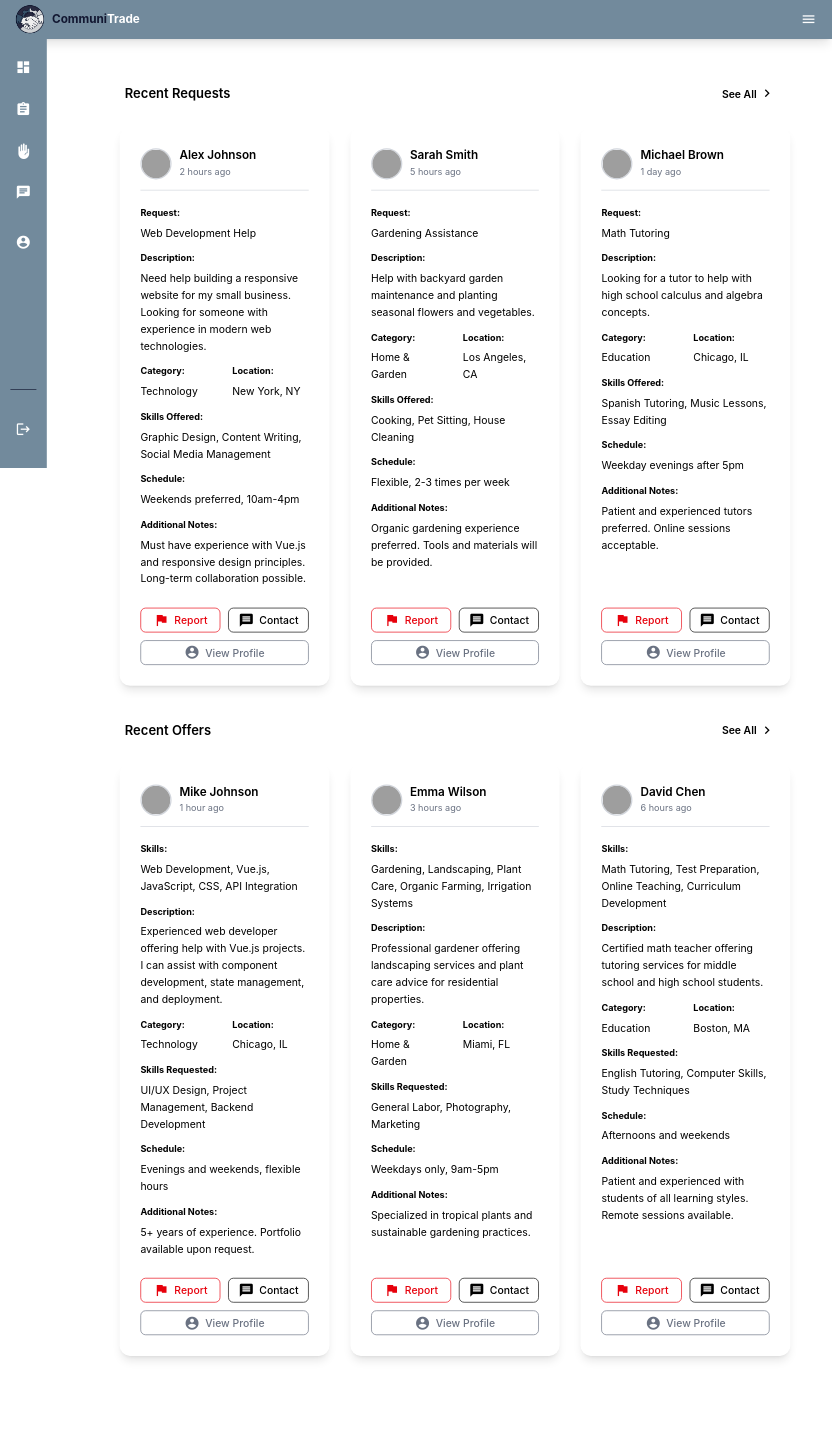
Repository: wholaanmo/communitrade_app
Page: /user/dashboard
These files come from the project's save history. The page is drawn as it stood at one moment and after the next save; the edit follows.
The browser window is 1280 px wide. The pictures show the whole page, at 65% of full size.
Pictures or frames that could not be fetched are drawn as grey boxes. The project was rebuilt for these pictures with package versions that can differ from the ones it lists, and the page was loaded fresh each time. Some packages were replaced by stand-ins written for this rebuild. The framework's server and built-in components were replaced by stand-ins that run in the browser. Also part of the build but not shown: next.config.mjs.

Above is the page before, as saved 2025-10-29 18:57:21.

### app/layout.js
import './globals.css';

export const metadata = {
  title: 'CommuniTrade - Community-Based Trading',
  description: 'Your platform for community-based trading and sharing of skills and services without using money.',
}

export default function RootLayout({ children }) {
  return (
    <html lang="en">
      <head>
        <link href="https://fonts.googleapis.com/css2?family=Poppins:wght@300;400;500;600;700&display=swap" rel="stylesheet" />
        <link href="https://cdnjs.cloudflare.com/ajax/libs/font-awesome/6.0.0/css/all.min.css" rel="stylesheet" />
        <link href="https://fonts.googleapis.com/icon?family=Material+Icons" rel="stylesheet" />

      </head>
      <body>{children}</body>
    </html>
  )
}

### app/user/layout.js
'use client'

import { useState } from 'react'
import UserNavbar from '@/components/user/UserNavbar'
import UserSidebar from '@/components/user/UserSidebar'

export default function UserLayout({ children }) {
  const [sidebarOpen, setSidebarOpen] = useState(false)

  const toggleSidebar = () => {
    setSidebarOpen(!sidebarOpen)
  }

  return (
    <div className="user-layout min-h-screen">
      <UserNavbar toggleSidebar={toggleSidebar} />
      <div className="layout-body flex min-h-[calc(100vh-60px)] mt-[60px]">
        <UserSidebar isOpen={sidebarOpen} onToggle={setSidebarOpen} />
        <main className={`user-content flex-1 transition-all duration-500 ease-out p-8 ${
          sidebarOpen ? 'ml-[var(--sidebar-width)]' : 'ml-[calc(3.5rem+32px)]'
        }`}>
          {children}
        </main>
      </div>

      <style jsx global>{`
        :root {
          --sidebar-width: 220px; /* reduced from 280px */
        }
      `}</style>

      <style jsx>{`
        @media (max-width: 768px) {
          .user-content {
            margin-left: 0 !important;
            padding: 1rem;
          }
        }
      `}</style>
    </div>
  )
}

### app/globals.css
@import "tailwindcss";


:root {
  --primary: #121731;
  --grey: #728a9c;
  --light: #ffffff;
  --dark-alt: #555555;
}

* {
  scrollbar-width: thin;
  scrollbar-color: #728a9c #f0f0f0;
  font-family: 'Inter', sans-serif;
  ;
}

### components/user/UserNavbar.js
'use client'

export default function Navbar({ toggleSidebar }) {
  return (
    <nav className="navbar fixed top-0 left-0 right-0 h-15 bg-[#728a9c] text-white z-50 shadow-lg">
      <div className="navbar-content flex items-center justify-between h-full px-4">
        <div className="navbar-left flex items-center">
          <div className="logo-container flex items-center gap-2">
            <img
              src="../assets/CommuniTrade.png"
              alt="CommuniTrade Logo"
              className="logo-img w-13 h-13 object-contain ml-1"
            />
            <p className="logo-text font-bold text-lg text-[#121731]">
              Communi
              <span className="logo-text1 font-bold text-lg text-white">Trade</span>
            </p>
          </div>
        </div>

        <div className="navbar-right flex items-center">
          <button
            className="hamburger-btn flex items-center justify-center w-10 h-10 rounded-full transition-all duration-300 ease-in-out text-white"
            onClick={toggleSidebar}
          >
            <span className="material-icons">menu</span>
          </button>
        </div>
      </div>

      {/* Replaced style jsx → style, no design changes */}
      <style>
        {`
          .hamburger-btn:hover {
            color: #121731;
            transform: rotate(180deg);
          }

          @media (max-width: 480px) {
            .logo-text {
              font-size: 1rem;
            }

            .logo-img {
              width: 35px;
              height: 35px;
            }
          }

          @media (max-width: 360px) {
            .logo-text {
              font-size: 0.9rem;
            }
          }
        `}
      </style>
    </nav>
  )
}

### components/user/UserSidebar.jsx
'use client'

import { useState, useEffect } from 'react'
import Link from 'next/link'
import { useRouter } from 'next/navigation'

export default function Sidebar({ isOpen, onToggle }) {
  const [is_expanded, setIsExpanded] = useState(false)
  const router = useRouter()

  useEffect(() => {
    setIsExpanded(isOpen)
  }, [isOpen])

  const handleSignOut = () => {
    console.log('Sign out clicked')
  }

  return (
    <aside className={`
      flex flex-col items-center font-['Inter']
      min-h-[calc(100vh-60px)] overflow-hidden p-4
      bg-[#728a9c] text-[#121731] transition-all duration-500 ease-out
      fixed left-0 top-[60px] z-50
      ${is_expanded ? 'w-[230px] items-start' : 'w-[calc(2.5rem+32px)] items-center'}
    `}>
      {/* Menu Items */}
      <div className={`
        menu w-full m-0 flex flex-col flex-1
        ${is_expanded ? 'items-stretch' : 'items-center'}
      `}>
        <Link href="/user/dashboard" className={`
          group button flex items-center no-underline p-4
          transition-all duration-200 ease-out rounded-lg mb-2
          hover:bg-white
          ${is_expanded ? 'justify-start' : 'justify-center w-full'}
        `}>
          <span className="material-icons text-2xl text-white transition-all duration-200 ease-out min-w-8 text-center group-hover:text-[#728a9c]">dashboard</span>
          <span className={`
            text-white transition-all duration-200 ease-out
            group-hover:text-[#728a9c]
            ${is_expanded ? 'opacity-100 w-auto pl-4' : 'opacity-0 w-0 overflow-hidden'}
          `}>Dashboard</span>
        </Link>

        <Link href="/user/request" className={`
          group button flex items-center no-underline p-4
          transition-all duration-200 ease-out rounded-lg mb-2
          hover:bg-white
          ${is_expanded ? 'justify-start' : 'justify-center w-full'}
        `}>
          <span className="material-icons text-2xl text-white transition-all duration-200 ease-out min-w-8 text-center group-hover:text-[#728a9c]">assignment</span>
          <span className={`
            text-white transition-all duration-200 ease-out
            group-hover:text-[#728a9c]
            ${is_expanded ? 'opacity-100 w-auto pl-4' : 'opacity-0 w-0 overflow-hidden'}
          `}>Requests</span>
        </Link>

        <Link href="/user/offer" className={`
          group button flex items-center no-underline p-4
          transition-all duration-200 ease-out rounded-lg mb-2
          hover:bg-white
          ${is_expanded ? 'justify-start' : 'justify-center w-full'}
        `}>
          <span className="material-icons text-2xl text-white transition-all duration-200 ease-out min-w-8 text-center group-hover:text-[#728a9c]">front_hand</span>
          <span className={`
            text-white transition-all duration-200 ease-out
            group-hover:text-[#728a9c]
            ${is_expanded ? 'opacity-100 w-auto pl-4' : 'opacity-0 w-0 overflow-hidden'}
          `}>Offers</span>
        </Link>

        <Link href="/user/message" className={`
          group button flex items-center no-underline p-4
          transition-all duration-200 ease-out rounded-lg mb-2
          hover:bg-white
          ${is_expanded ? 'justify-start' : 'justify-center w-full'}
        `}>
          <span className="material-icons text-2xl text-white transition-all duration-200 ease-out min-w-8 text-center group-hover:text-[#728a9c]">chat</span>
          <span className={`
            text-white transition-all duration-200 ease-out
            group-hover:text-[#728a9c]
            ${is_expanded ? 'opacity-100 w-auto pl-4' : 'opacity-0 w-0 overflow-hidden'}
          `}>Messages</span>
        </Link>

        <Link href="/user/account" className={`
          group button flex items-center no-underline p-4
          transition-all duration-200 ease-out rounded-lg mb-2
          hover:bg-white
          ${is_expanded ? 'justify-start' : 'justify-center w-full'}
        `}>
          <span className="material-icons text-2xl text-white transition-all duration-200 ease-out min-w-8 text-center group-hover:text-[#728a9c]">account_circle</span>
          <span className={`
            text-white transition-all duration-200 ease-out
            group-hover:text-[#728a9c]
            ${is_expanded ? 'opacity-100 w-auto pl-4' : 'opacity-0 w-0 overflow-hidden'}
          `}>My Account</span>
        </Link>
      </div>

      {/* Sign Out Button */}
      <div className="menu-bottom flex justify-center w-full mt-auto pt-4 border-t border-[#121731]">
        <button onClick={handleSignOut} className={`
          group sign-out flex items-center no-underline p-4
          transition-all duration-200 ease-out rounded-lg
          hover:bg-white bg-none border-none cursor-pointer
          ${is_expanded ? 'justify-start w-full' : 'justify-center w-full'}
        `}>
          <span className="material-icons text-2xl text-white transition-all duration-200 ease-out min-w-8 text-center group-hover:text-[#728a9c]">logout</span>
          <span className={`
            text-white transition-all duration-200 ease-out text-lg
            group-hover:text-[#728a9c]
            ${is_expanded ? 'opacity-100 w-auto pl-4' : 'opacity-0 w-0 overflow-hidden'}
          `}>Sign Out</span>
        </button>
      </div>
    </aside>
  )
}

Loaded but not shown: app/user/dashboard/page.js (787 lines, source omitted)

After the next save:
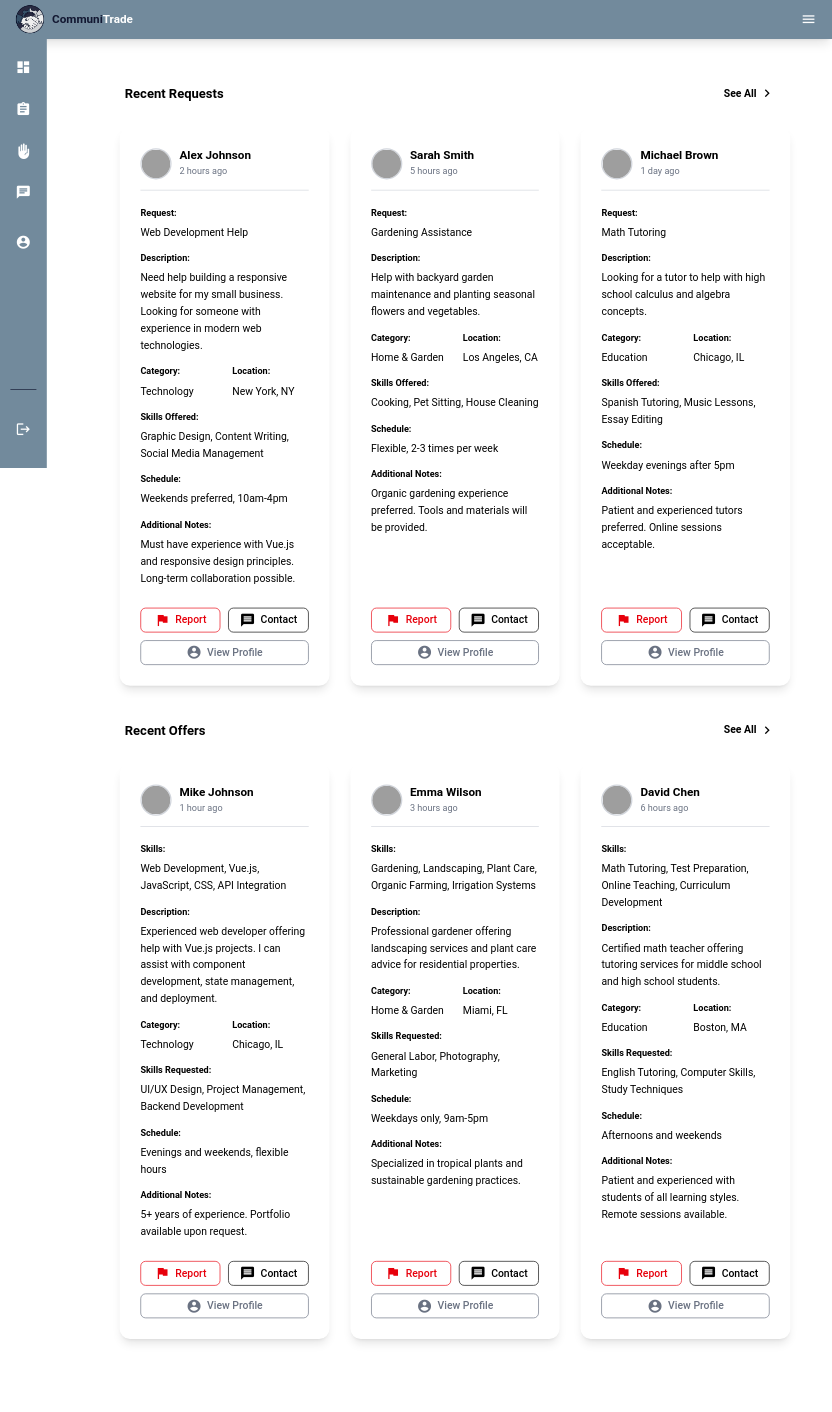
Saved 26 s later.
--- a/app/globals.css
+++ b/app/globals.css
@@ -11,6 +11,5 @@
 * {
   scrollbar-width: thin;
   scrollbar-color: #728a9c #f0f0f0;
-  font-family: 'Inter', sans-serif;
-  ;
+  font-family: "Roboto", sans-serif;
 }
